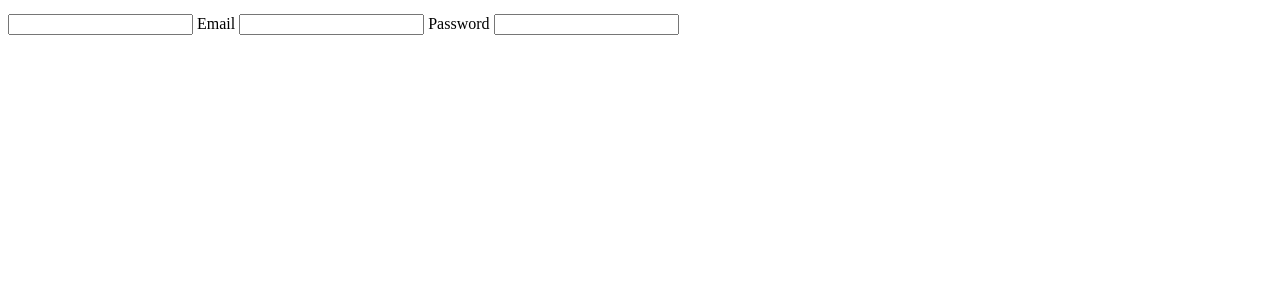
Repository: obusakthi539/Loginform
Page: Login.html
The author's editor kept a copy of each file at every save. The page is drawn from the files as they stood at one save, then again after the next save.
The browser window is 1280 px wide. The pictures show the whole page.

Above is the page before, as saved 2025-01-10 17:29:12.

### Login.html
<!DOCTYPE html>
<html lang="en">
<head>
    <meta charset="UTF-8">
    <meta name="viewport" content="width=device-width, initial-scale=1.0">
    <title>Document</title>
</head>
<body>
    <div>
        <form action=""></form>
        <table>
            <tr>
                <td></td>
            </tr>
        </table>

        <input type="text">
        <label for="">Email</label>
        <input type="text">
        <label for="">Password</label>
        <input type="text">
    </div>
</body>
</html>

After the next save:
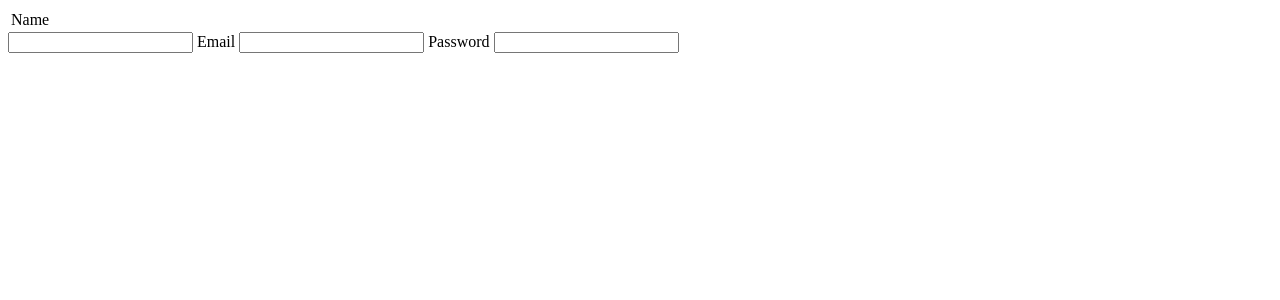
Saved 12 s later.
--- a/Login.html
+++ b/Login.html
@@ -10,7 +10,7 @@
         <form action=""></form>
         <table>
             <tr>
-                <td></td>
+                <td> <label for="">Name</label></td>
             </tr>
         </table>
 
